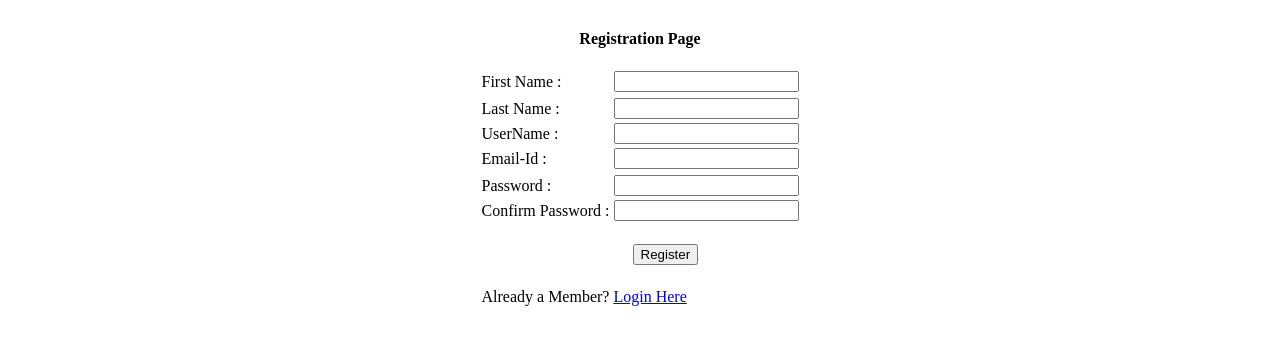
Repository: ShegokarSneha/Login-Registration
Page: http://localhost/LoginRegistration/Register.jsp
The author's editor kept a copy of each file at every save. The page is drawn from the files as they stood at one save, then again after the next save.
The browser window is 1280 px wide. The pictures show the whole page.
The page is served by Tomcat 9. Other server files are loaded and not shown.

Above is the page before, as saved 2019-07-09 13:21:55.

### LoginRegistration/WebContent/Register.jsp
<%@ page language="java" contentType="text/html; charset=UTF-8"
	pageEncoding="UTF-8"%>
<!DOCTYPE html>
<html>
<head>
<meta charset="UTF-8">
<title>Insert title here</title>
</head>
<body>
	<form action="Registration" method="post">
		<table align ="center">
			<tr>
				<th colspan="2" style="padding: 20px">Registration Page</th>
			</tr>
			<tr>
				<td>First Name :</td>
				<td><input type="text" name="fname"></td>
			<tr>
			<tr>
				<td>Last Name :</td>
				<td><input type="text" name="lname"></td>
			<tr>
				<td>UserName :</td>
				<td><input type="text" name="username"></td>
			<tr>
				<td>Email-Id :</td>
				<td><input type="text" name="email"></td>
			<tr>
			<tr>
				<td>Password :</td>
				<td><input type="password" name="password"></td>
			<tr>
				<td>Confirm Password :</td>
				<td><input type="password" name="confirmpassword"></td>
			<tr>
				<td></td>
				<td colspan = "2"style="padding: 20px;"><input type="Submit" name="Submit"
					value="Register"></td>
			</tr>
			<tr>
				<td colspan="2">Already a Member? <a href="Login.jsp">Login
						Here</a></td>
			</tr>
		</table>
	</form>
</body>
</html>

After the next save:
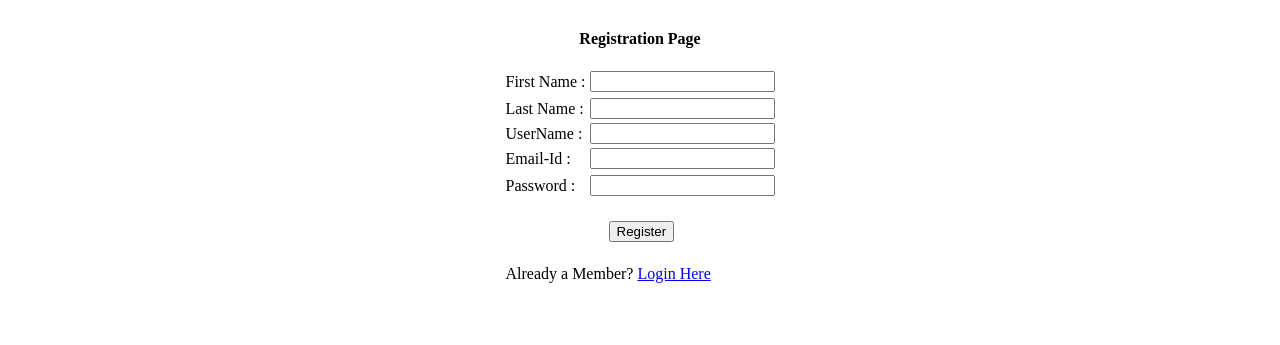
Saved 23 s later.
--- a/LoginRegistration/WebContent/Register.jsp
+++ b/LoginRegistration/WebContent/Register.jsp
@@ -30,8 +30,6 @@
 				<td>Password :</td>
 				<td><input type="password" name="password"></td>
 			<tr>
-				<td>Confirm Password :</td>
-				<td><input type="password" name="confirmpassword"></td>
 			<tr>
 				<td></td>
 				<td colspan = "2"style="padding: 20px;"><input type="Submit" name="Submit"
